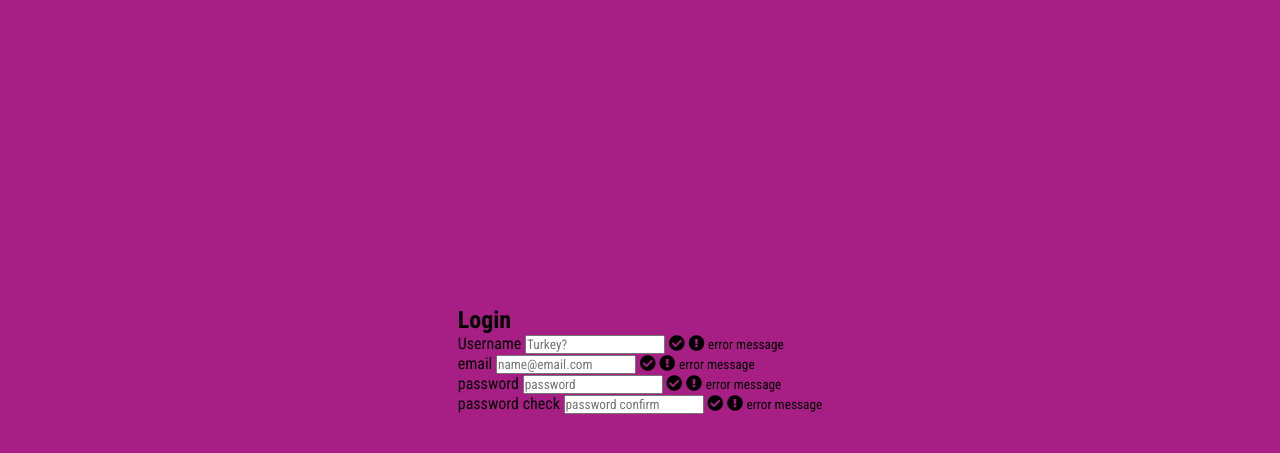
Repository: Abdoulrhman-altyeb/form-_validation-
Page: index.html
These files come from the project's save history. The page is drawn as it stood at one moment and after the next save; the edit follows.
The browser window is 1280 px wide. The pictures show the whole page.

Above is the page before, as saved 2021-05-23 20:43:34.

### index.html
<!DOCTYPE html>
<html lang="en">
<head>
    <meta charset="UTF-8">
    <meta http-equiv="X-UA-Compatible" content="IE=edge">
    <meta name="viewport" content="width=device-width, initial-scale=1.0">
    <link rel="stylesheet" href="style.css">
    <link rel="stylesheet" href="https://cdnjs.cloudflare.com/ajax/libs/font-awesome/5.15.3/css/all.min.css"
        integrity="sha512-iBBXm8fW90+nuLcSKlbmrPcLa0OT92xO1BIsZ+ywDWZCvqsWgccV3gFoRBv0z+8dLJgyAHIhR35VZc2oM/gI1w=="
        crossorigin="anonymous" referrerpolicy="no-referrer" />
    <script src="script.js" defer></script>
    <title>form validation</title>
</head>
<body>
    <div class="conatiner">
        <div class="header">
            <h2>Login</h2>
        </div>
        <form class="form">
            <div class="form-control">
                <label for="username">Username</label>
                <input type="text" placeholder="Turkey?" id="username">
                <i class="fa fa-check-circle"></i>
                <i class="fa fa-exclamation-circle"></i>
                <small>error message</small>
            </div>
            <div class="form-control">
                <label for="email">email</label>
                <input type="email" placeholder="name@email.com" id="email">
                <i class="fa fa-check-circle"></i>
                <i class="fa fa-exclamation-circle"></i>
                <small>error message</small>
            </div>
            <div class="form-control">
                <label for="password">password</label>
                <input type="password" placeholder="password" id="password">
                <i class="fa fa-check-circle"></i>
                <i class="fa fa-exclamation-circle"></i>
                <small>error message</small>
            </div>
            <div class="form-control">
                <label for="password2">password check</label>
                <input type="password" placeholder="password confirm" id="password2">
                <i class="fa fa-check-circle"></i>
                <i class="fa fa-exclamation-circle"></i>
                <small>error message</small>
            </div>
        </form>
    </div>
</body>
</html>

### style.css
@import url('https://fonts.googleapis.com/css2?family=Roboto+Condensed:wght@400;700&display=swap');
*{
    padding:0;
    margin:0;
    box-sizing:border-box;
    font-family: 'Roboto Condensed', sans-serif;
}
body{
    display: flex;
    justify-content: center;
    align-items: center;
    min-height:100vh;
    background:rgb(167, 30, 132)
}

Loaded but not shown: script.js (no copy from this time; the picture is the same without it)

After the next save:
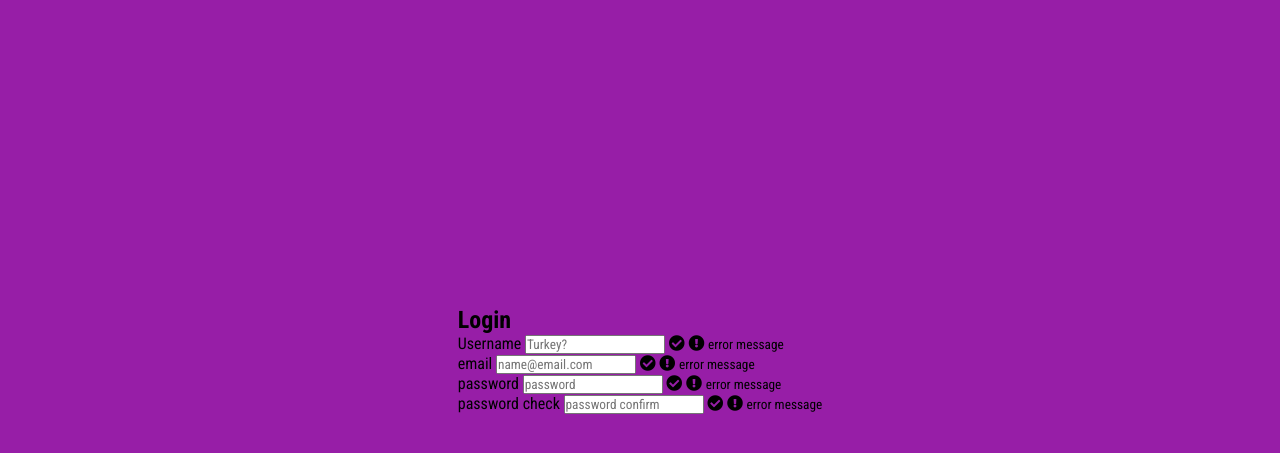
Saved 6 s later.
--- a/style.css
+++ b/style.css
@@ -10,5 +10,5 @@ body{
     justify-content: center;
     align-items: center;
     min-height:100vh;
-    background:rgb(167, 30, 132)
+    background:rgb(151, 30, 167)
 }
